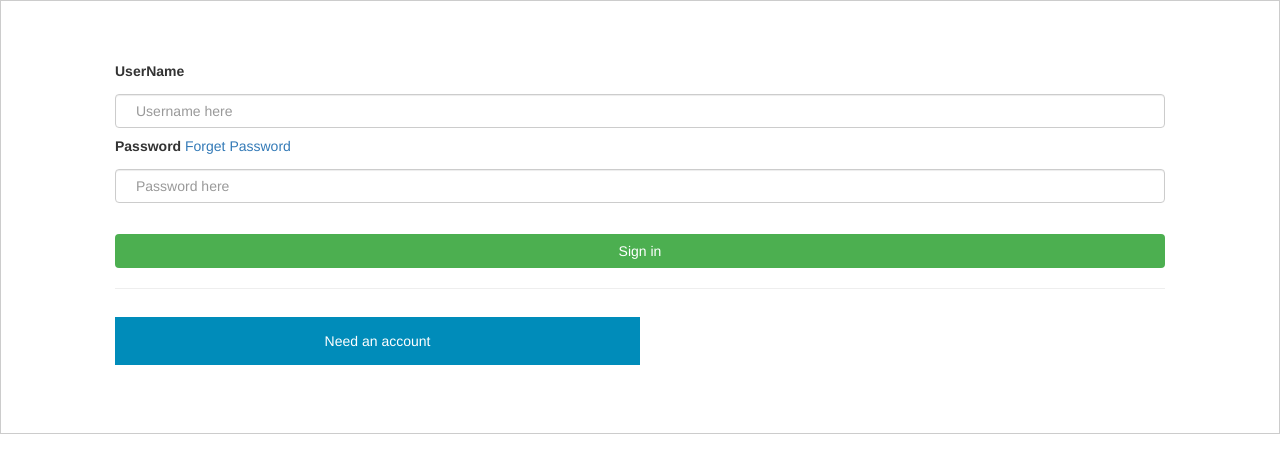
Repository: hamshini/demopro
Page: wippro/Application/WebContent/signin.html
The author's editor kept a copy of each file at every save. The page is drawn from the files as they stood at one save, then again after the next save.
The browser window is 1280 px wide. The pictures show the whole page.

Above is the page before, as saved 2018-01-06 06:25:00.

After the next save:
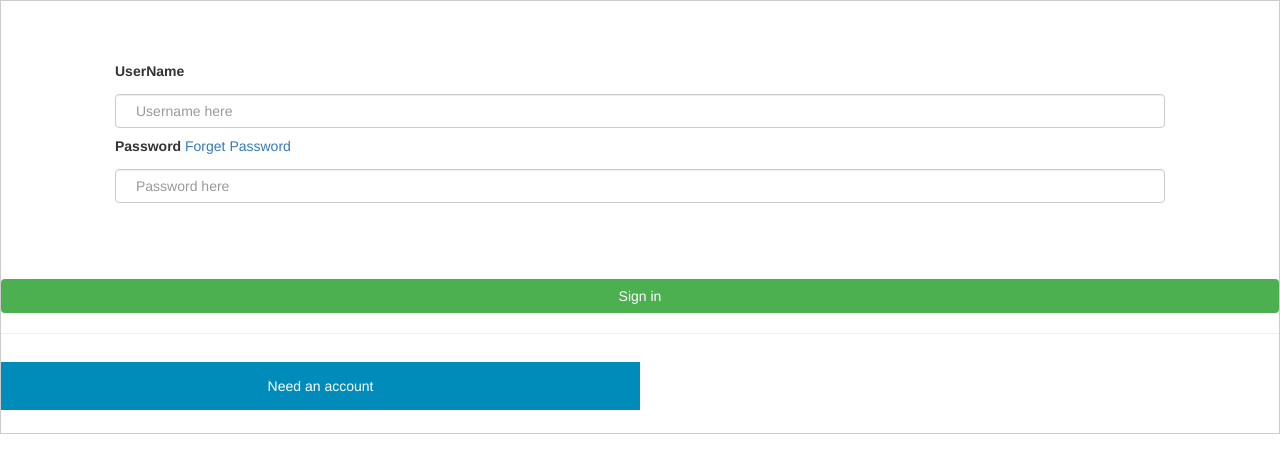
Saved 57 s later.
--- a/wippro/Application/WebContent/signin.html
+++ b/wippro/Application/WebContent/signin.html
@@ -48,8 +48,9 @@
 </style>
 <body>
 	<form action="/action_page.php" style="border:1px solid #ccc">
+	<div class="form-group">
 	 <div class="container">
-		<div class="form-group">
+
 			<label><b>UserName</b></label><br>
 			<input type="text"
 				placeholder="Username here" class="form-control" name="user"

After the save that followed:
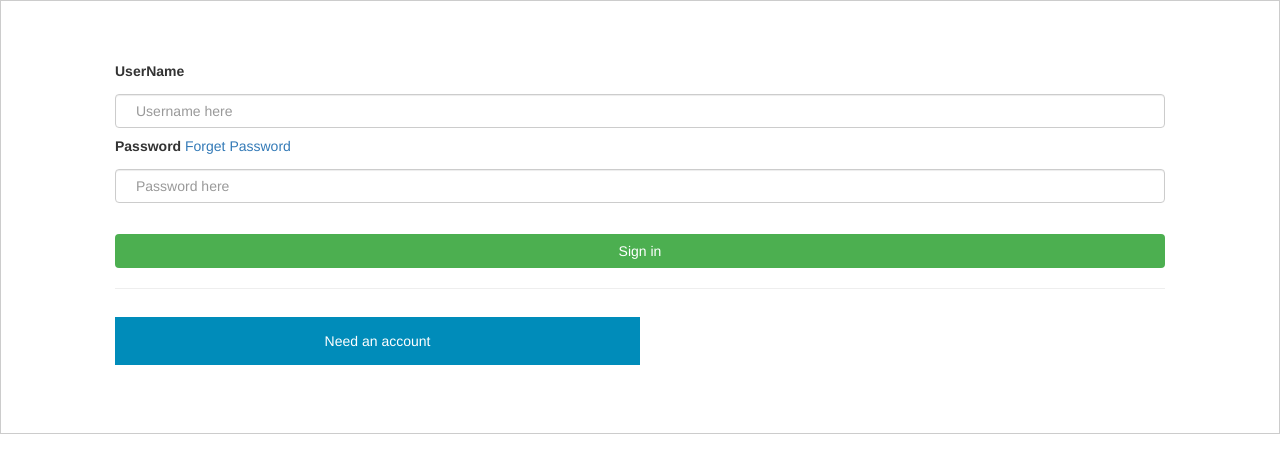
Saved 23 s later.
--- a/wippro/Application/WebContent/signin.html
+++ b/wippro/Application/WebContent/signin.html
@@ -48,9 +48,8 @@
 </style>
 <body>
 	<form action="/action_page.php" style="border:1px solid #ccc">
-	<div class="form-group">
 	 <div class="container">
-
+		<div class="form-group">
 			<label><b>UserName</b></label><br>
 			<input type="text"
 				placeholder="Username here" class="form-control" name="user"
